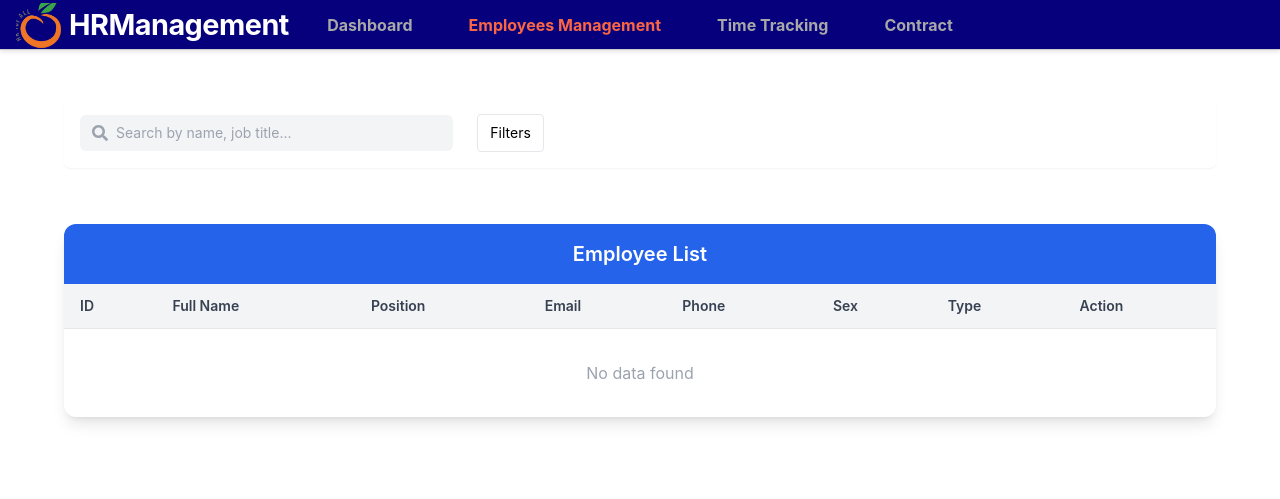
Repository: justJackiee/DA-251
Page: /employeemanagement (app in my-react-app/)
The author's editor kept a copy of each file at every save. The page is drawn from the files as they stood at one save, then again after the next save.
The browser window is 1280 px wide. The pictures show the whole page.
The page's requests for data from a server got no answer. The project was rebuilt for these pictures with package versions that can differ from the ones it lists, and the page was loaded fresh each time. No one was signed in, and anything a server would have sent is missing. Also part of the build but not shown: my-react-app/src/App.css, my-react-app/src/components/pagination.js, my-react-app/src/pages/dashboard.js, my-react-app/src/components/button.js.

Above is the page before, as saved 2025-12-03 16:05:56.

### my-react-app/public/index.html
<!DOCTYPE html>
<html lang="en">
  <head>
    <meta charset="utf-8" />
    <link rel="icon" href="%PUBLIC_URL%/favicon.ico" />
    <meta name="viewport" content="width=device-width, initial-scale=1" />
    <meta name="theme-color" content="#000000" />
    <meta
      name="description"
      content="Web site created using create-react-app"
    />
    <link rel="apple-touch-icon" href="%PUBLIC_URL%/logo192.png" />
    <!--
      manifest.json provides metadata used when your web app is installed on a
      user's mobile device or desktop. See https://developers.google.com/web/fundamentals/web-app-manifest/
    -->
    <link rel="manifest" href="%PUBLIC_URL%/manifest.json" />

    <!-- Google Fonts - Baloo 2 -->
    <link rel="preconnect" href="https://fonts.googleapis.com">
    <link rel="preconnect" href="https://fonts.gstatic.com" crossorigin>
    <link href="https://fonts.googleapis.com/css2?family=Baloo+2:wght@400;500;600;700;800&display=swap" rel="stylesheet">

    <!--
      Notice the use of %PUBLIC_URL% in the tags above.
      It will be replaced with the URL of the `public` folder during the build.
      Only files inside the `public` folder can be referenced from the HTML.

      Unlike "/favicon.ico" or "favicon.ico", "%PUBLIC_URL%/favicon.ico" will
      work correctly both with client-side routing and a non-root public URL.
      Learn how to configure a non-root public URL by running `npm run build`.
    -->
    <title>React App</title>
  </head>
  <body>
    <noscript>You need to enable JavaScript to run this app.</noscript>
    <div id="root"></div>
    <!--
      This HTML file is a template.
      If you open it directly in the browser, you will see an empty page.

      You can add webfonts, meta tags, or analytics to this file.
      The build step will place the bundled scripts into the <body> tag.

      To begin the development, run `npm start` or `yarn start`.
      To create a production bundle, use `npm run build` or `yarn build`.
    -->
  </body>
</html>

### my-react-app/src/App.js
import React from "react";
import { FaSearch, FaTrash } from "react-icons/fa";
import logo from './logo.svg';
import './App.css';

import { HRNavbar } from './components/Navbar';
import CustomScrollbar from './components/schollbar';
import Pagination from './components/pagination'
import Dashboard from './pages/dashboard';
import EmployeeManagement from './pages/employeemanagement'; // modify to test CEmployeeTable
import {
  PrimaryButton,
  SecondaryButton,
  IconButton,
  DropdownButton,
} from "./components/button";

import {
    BrowserRouter as Router,
    Routes,
    Route,
} from "react-router-dom";

import { ThemeProvider } from "@material-tailwind/react";

function App() {
  return (
    <ThemeProvider>
    <Router>
      <div className="h-screen flex flex-col">
        <HRNavbar />

        <main className="flex-1 relative">
          {/* <PrimaryButton text="Save" onClick={() => alert("Saved!")} />
          <SecondaryButton text="Cancel" onClick={() => alert("Cancelled!")} />
          <IconButton icon={<FaSearch />} label="Search" onClick={() => alert("Searching...")} />
          <IconButton icon={<FaTrash />} label="Delete" onClick={() => alert("Deleted!")} /> */}
          {/* <DropdownButton
            label="Select Report"
            options={[
              { label: "Monthly Report", onClick: () => alert("Monthly selected") },
              { label: "Yearly Report", onClick: () => alert("Yearly selected") },
            ]}
          /> */}

          <CustomScrollbar>
            {/* <div className="p-4 md:p-8"> dùng để canh lề (margin)*/}
            <div className="p-4 md:p-8">
              <Routes>
                <Route path="/dashboard" element={<Dashboard />} />
                <Route path="/employeemanagement" element={<EmployeeManagement />} />
                <Route path="/contract" element={<h1>Contract Page</h1>} />
                <Route path="/timetracking" element={<h1>Time Tracking Page</h1>} />
                <Route path="/" element={
                  <header className="App-header">
                    <img src={logo} className="App-logo" alt="logo" />
                    <h1>Welcome to HR Management System</h1>
                    <p>Click on Dashboard in the navigation to get started!</p>
                  </header>
                } />
              </Routes>
            </div>
          </CustomScrollbar>
        </main>
      </div>
    </Router>
    </ThemeProvider>
  );
}

export default App;

### my-react-app/src/components/schollbar.js
import React from 'react';
import { Scrollbars } from 'react-custom-scrollbars-2';

// Đổi kiểu thumb
const CustomThumb = (props) => (
  <div {...props} className="bg-slate-500 rounded-full" />
);

// CustomScrollbar
function CustomScrollbar({ children }) {
  return (
    <Scrollbars
      renderThumbVertical={CustomThumb}
      style={{ width: '100%', height: '100%' }}
    >

      {children}

    </Scrollbars>
  );
}

export default CustomScrollbar;

### my-react-app/src/pages/employeemanagement.js
import React, { useEffect, useState, useMemo } from "react";
import axios from "axios"; // 1. Import axios
import CEmployeeTable from "../components/Table/CEmployeeTable";
// import HeaderTabs from '../components/HeaderTabs';
import FiltersBar from '../components/FiltersBar';
import { FaPlus } from 'react-icons/fa';
import { useNavigate } from 'react-router-dom';


function EmployeeManagement() {
  // const [activeTab, setActiveTab] = useState('team');
  const [search, setSearch] = useState('');
  const [filters, setFilters] = useState({ office: '', department: '' });

  // 2. Khởi tạo data là mảng rỗng ban đầu (thay vì mock data)
  const [data, setData] = useState([]);
  const [loading, setLoading] = useState(true);
  const navigate = useNavigate();

 // 3. Gọi API từ Backend khi component được load
  useEffect(() => {
    const fetchEmployees = async () => {
      try {
        const response = await axios.get('http://localhost:5000/api/employees');
        const apiData = response.data;

        // 4. MAPPING DỮ LIỆU (ĐÃ SỬA LỖI)
        const formattedData = apiData.map(emp => {
          // Xử lý an toàn: Nếu không có chức vụ thì để chuỗi rỗng
          const safePosition = emp.position || '';

          return {
            id: emp.id,
            // Ghép họ tên
            fullName: `${emp.fName} ${emp.mName ? emp.mName + ' ' : ''}${emp.lName}`,
            email: emp.email,
            phone: emp.phone,
            sex: emp.sex,
            // Nếu không có position thì hiện 'Staff' mặc định
            position: safePosition || 'Staff',
            type: emp.type, // Lưu ý: Backend bạn trả về 'type', không phải 'ceType' (check lại console log nếu cần)
            status: emp.status,
            // Xử lý địa chỉ an toàn
            location: emp.address ? emp.address.split(',').pop().trim() : 'Unknown',
            // SỬA LỖI CHÍNH TẠI ĐÂY: Kiểm tra safePosition thay vì emp.position
            department: safePosition.includes('HR') ? 'Human Resources' : 'Engineering'
          };
        });

        setData(formattedData);
        setLoading(false);
      } catch (error) {
        console.error("Lỗi khi tải danh sách nhân viên:", error);
        setLoading(false);
      }
    };

    fetchEmployees();
  }, []);

  const onFilterChange = (k, v) => setFilters((s) => ({ ...s, [k]: v }));
  const onClear = () => { setSearch(''); setFilters({ office: '', department: '' }); };

  const filteredData = useMemo(() => {
    return data.filter(emp => {
      const searchLower = search.toLowerCase();
      // Logic search cũ của bạn giữ nguyên
      const matchSearch = (emp.fullName && emp.fullName.toLowerCase().includes(searchLower)) ||
                          (emp.email && emp.email.toLowerCase().includes(searchLower));

      // Logic filter
      // Lưu ý: Nếu database chưa chuẩn department/office thì bộ lọc này có thể lọc hết dữ liệu.
      // Tạm thời tôi để logic lỏng hơn: Nếu filter rỗng thì luôn true.
      const matchDept = filters.department ? emp.department === filters.department : true;
      const matchOffice = filters.office ? (emp.location && emp.location.includes(filters.office)) : true;

      return matchSearch && matchDept && matchOffice;
    });
  }, [data, search, filters]);

  if (loading) {
    return <div className="p-10 text-center">Đang tải dữ liệu từ Server...</div>;
  }

  return (
    <div>
      {/* <HeaderTabs active={activeTab} onTabChange={setActiveTab} /> */}
      <div className="flex justify-end">

      </div>
      <FiltersBar search={search} onSearch={setSearch} filters={filters} onFilterChange={onFilterChange} onClear={onClear} />
      <div className="max-w-7xl mx-auto px-4 sm:px-6 lg:px-8 py-6">
        <CEmployeeTable data={filteredData} search={search} filters={filters} />
      </div>
    </div>
  );
}

export default EmployeeManagement;

### my-react-app/src/components/Table/CEmployeeTable.js
import React from "react";

function CEmployeeTable({
  // SỬA LỖI 2: Nhận prop 'data' thay vì 'employees' để khớp với file cha
  data = [],
  columns = null,
  title = "Employee List",
  showActions = true,
  onEdit = null
}) {
  // Gán data vào biến employees để dùng tiếp logic bên dưới
  const employees = data;

  // SỬA LỖI 3: Cập nhật cấu hình cột khớp với tên biến trong MOCK DATA (fullName, email...)
  const defaultColumns = [
    { header: "ID", accessor: "id" },
    { header: "Full Name", accessor: "fullName" }, // Dùng accessor trực tiếp vì data đã nối chuỗi rồi
    { header: "Position", accessor: "position" },
    { header: "Email", accessor: "email" },
    { header: "Phone", accessor: "phone" },
    {
      header: "Sex",
      // Sửa logic render giới tính
      render: (row) => row.sex === 'M' ? 'Male' : row.sex === 'F' ? 'Female' : row.sex
    },
    {
      header: "Type",
      render: (row) => (
        <span className={`px-2 py-1 rounded-full text-xs font-medium ${
            // Sửa logic check màu dựa trên value thực tế
            row.type === "HR" ? "bg-purple-100 text-purple-700" :
            row.type === "Freelance" ? "bg-orange-100 text-orange-700" :
            "bg-blue-100 text-blue-700"
        }`}>
          {row.type}
        </span>
      )
    }
  ];

  const tableColumns = columns || defaultColumns;

  const handleEdit = (item) => {
    if (onEdit) {
      onEdit(item);
    } else {
      window.location.href = `/employeemanagement/profile/${item.id}`;
    }
  };

  return (
    <div className="flex justify-center mt-4">
      <div className="w-full bg-white shadow-lg rounded-xl overflow-hidden">
        <div className="bg-blue-600 text-white text-center py-4 font-semibold text-xl">
          {title}
        </div>

        <div className="overflow-x-auto">
          <table className="w-full text-left border-collapse">
            <thead>
              <tr className="bg-gray-100 text-gray-700">
                {tableColumns.map((col, index) => (
                  <th key={index} className="py-3 px-4 text-left font-semibold border-b text-sm">
                    {col.header}
                  </th>
                ))}
                {showActions && <th className="py-3 px-4 text-left font-semibold border-b text-sm">Action</th>}
              </tr>
            </thead>
            <tbody>
              {employees.length === 0 ? (
                <tr>
                  <td colSpan={tableColumns.length + (showActions ? 1 : 0)} className="py-8 text-center text-gray-400">
                    No data found
                  </td>
                </tr>
              ) : (
                employees.map((item, rowIndex) => (
                  <tr key={item.id || rowIndex} className={`${rowIndex % 2 === 0 ? "bg-gray-50" : "bg-white"} hover:bg-blue-50 transition`}>
                    {tableColumns.map((col, colIndex) => (
                      <td key={colIndex} className="py-3 px-4 text-left border-b text-sm">
                        {/* Logic render an toàn */}
                        {col.render ? col.render(item) : item[col.accessor]}
                      </td>
                    ))}
                    {showActions && (
                      <td className="py-3 px-4 text-left border-b text-sm">
                        <button onClick={() => handleEdit(item)} className="text-blue-600 hover:underline font-medium">
                          View
                        </button>
                      </td>
                    )}
                  </tr>
                ))
              )}
            </tbody>
          </table>
        </div>
        {employees.length > 0 && (
          <div className="text-gray-500 text-sm text-right p-3 border-t">
            Showing {employees.length} record{employees.length !== 1 ? 's' : ''}
          </div>
        )}
      </div>
    </div>
  );
}

export default CEmployeeTable;

### my-react-app/src/components/FiltersBar.js
import React, { useState, useRef, useEffect } from 'react';
import { createPortal } from 'react-dom';
import { FaSearch } from 'react-icons/fa';

export default function FiltersBar({ search, onSearch, filters, onFilterChange, onClear }) {
  const [open, setOpen] = useState(false);
  const popupRef = useRef(null);
  const buttonRef = useRef(null);
  const [popupPos, setPopupPos] = useState({ top: 0, left: 0 });

  useEffect(() => {
    function onDocClick(e) {
      // if click is inside popup, ignore
      if (popupRef.current && popupRef.current.contains(e.target)) return;
      // if click is the filter button, ignore here (button toggles open)
      if (buttonRef.current && buttonRef.current.contains(e.target)) return;
      setOpen(false);
    }
    function onKey(e) {
      if (e.key === 'Escape') setOpen(false);
    }
    document.addEventListener('click', onDocClick);
    document.addEventListener('keydown', onKey);
    return () => {
      document.removeEventListener('click', onDocClick);
      document.removeEventListener('keydown', onKey);
    };
  }, []);

  // compute popup position anchored to button
  useEffect(() => {
    function updatePos() {
      if (!buttonRef.current) return;
      const rect = buttonRef.current.getBoundingClientRect();
      setPopupPos({
        top: rect.bottom + window.scrollY + 8,
        left: rect.left + window.scrollX,
      });
    }
    if (open) {
      updatePos();
      window.addEventListener('resize', updatePos);
      window.addEventListener('scroll', updatePos, true);
    }
    return () => {
      window.removeEventListener('resize', updatePos);
      window.removeEventListener('scroll', updatePos, true);
    };
  }, [open]);

  return (
    <div className="max-w-7xl mx-auto px-4 sm:px-6 lg:px-8 py-4">
      <div className="bg-white p-4 rounded-md shadow-sm flex flex-col md:flex-row md:items-center gap-3 overflow-visible relative z-50">
        {/* Search: flexible on larger screens, full width on small */}
        <div className="flex items-center w-full md:w-1/3 bg-gray-100 rounded-md px-3 py-2 min-w-0">
          <FaSearch className="text-gray-400 mr-2 flex-shrink-0" />
          <input
            value={search}
            onChange={(e) => onSearch?.(e.target.value)}
            className="bg-transparent flex-1 outline-none text-sm min-w-0"
            placeholder="Search by name, job title..."
            aria-label="Search employees"
          />
        </div>

        {/* Filter button that opens a popup with filter controls */}
        <div className="relative ml-3">
          <button
            ref={buttonRef}
            type="button"
            onClick={() => setOpen((s) => !s)}
            className="inline-flex items-center gap-2 px-3 py-2 bg-white border rounded text-sm hover:shadow"
            aria-haspopup="dialog"
            aria-expanded={open}
          >
            Filters
          </button>

          {open && popupRef && createPortal(
            <div
              ref={popupRef}
              className="bg-white border rounded shadow-lg z-50 p-3"
              style={{ position: 'absolute', top: popupPos.top + 'px', left: popupPos.left + 'px', width: 256 }}
            >
              <div className="space-y-2">
                <label className="block text-xs text-gray-500">Office</label>
                <select
                  value={filters.office || ''}
                  onChange={(e) => onFilterChange?.('office', e.target.value)}
                  className="border rounded px-3 py-2 text-sm w-full"
                >
                  <option value="">All Offices</option>
                  <option>PM Coop.</option>
                  <option>Elevate Complex</option>
                </select>

                <label className="block text-xs text-gray-500">Department</label>
                <select
                  value={filters.department || ''}
                  onChange={(e) => onFilterChange?.('department', e.target.value)}
                  className="border rounded px-3 py-2 text-sm w-full"
                >
                  <option value="">All Departments</option>
                  <option>Production</option>
                  <option>Marketing</option>
                </select>

                <div className="flex justify-between items-center pt-2">
                  <button
                    onClick={() => { onClear?.(); setOpen(false); }}
                    className="text-sm text-gray-600 underline"
                  >
                    Clear filters
                  </button>
                  <button
                    onClick={() => setOpen(false)}
                    className="px-3 py-1 bg-orange-500 text-white rounded text-sm"
                  >
                    Apply
                  </button>
                </div>
              </div>
            </div>,
            // render portal into body so it won't be clipped by parent overflow
            typeof document !== 'undefined' ? document.body : null
          )}
        </div>
      </div>
    </div>
  );
}

Loaded but not shown: my-react-app/src/index.js (common file); my-react-app/src/index.css (common file); my-react-app/src/reportWebVitals.js (common file); my-react-app/tailwind.config.js (common file); my-react-app/src/components/Navbar/index.js (291 lines, source omitted)

After the next save:
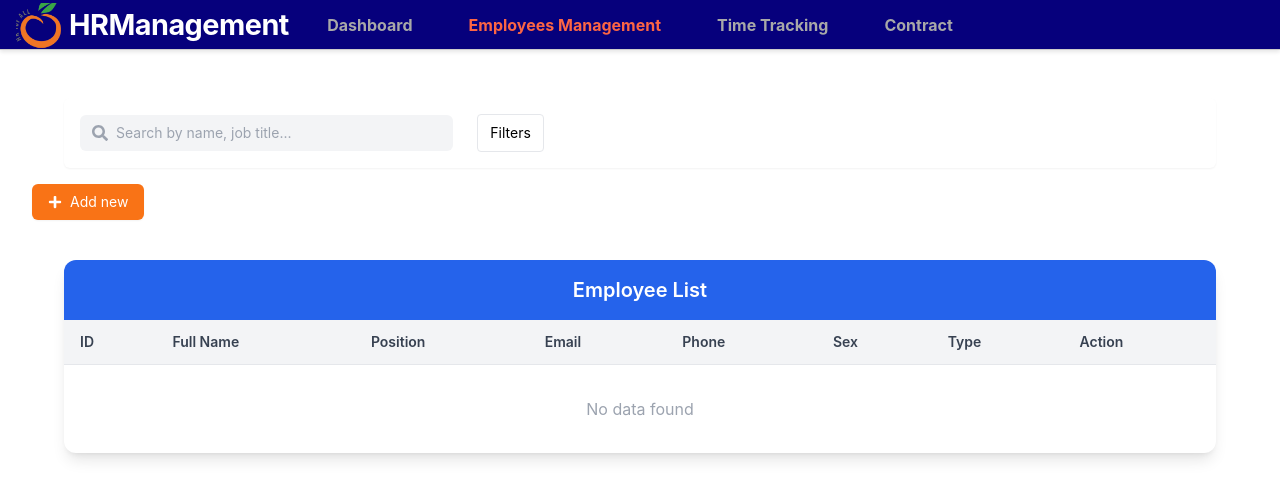
Saved 7 s later.
--- a/my-react-app/src/pages/employeemanagement.js
+++ b/my-react-app/src/pages/employeemanagement.js
@@ -89,6 +89,14 @@
 
       </div>
       <FiltersBar search={search} onSearch={setSearch} filters={filters} onFilterChange={onFilterChange} onClear={onClear} />
+      <button
+          onClick={() => navigate('/employees/new')}
+          className="inline-flex items-center gap-2 px-4 py-2 bg-orange-500 hover:bg-orange-600 text-white rounded-md shadow-sm text-sm"
+          aria-label="Add new"
+        >
+          <FaPlus />
+          <span className="hidden sm:inline">Add new</span>
+        </button>
       <div className="max-w-7xl mx-auto px-4 sm:px-6 lg:px-8 py-6">
         <CEmployeeTable data={filteredData} search={search} filters={filters} />
       </div>

After the save that followed:
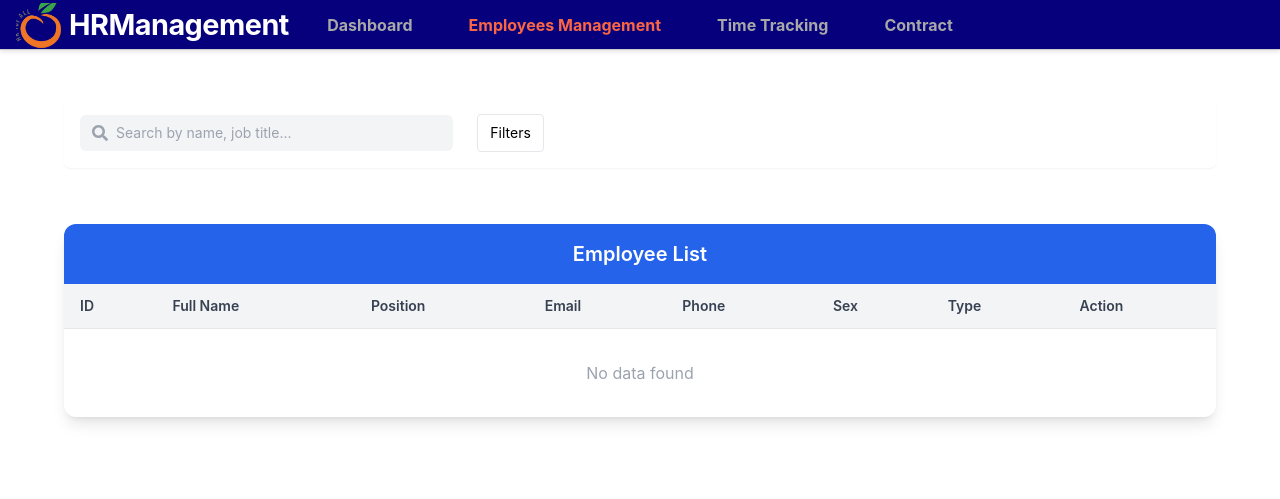
Saved 4 s later.
--- a/my-react-app/src/pages/employeemanagement.js
+++ b/my-react-app/src/pages/employeemanagement.js
@@ -89,14 +89,7 @@
 
       </div>
       <FiltersBar search={search} onSearch={setSearch} filters={filters} onFilterChange={onFilterChange} onClear={onClear} />
-      <button
-          onClick={() => navigate('/employees/new')}
-          className="inline-flex items-center gap-2 px-4 py-2 bg-orange-500 hover:bg-orange-600 text-white rounded-md shadow-sm text-sm"
-          aria-label="Add new"
-        >
-          <FaPlus />
-          <span className="hidden sm:inline">Add new</span>
-        </button>
+
       <div className="max-w-7xl mx-auto px-4 sm:px-6 lg:px-8 py-6">
         <CEmployeeTable data={filteredData} search={search} filters={filters} />
       </div>
